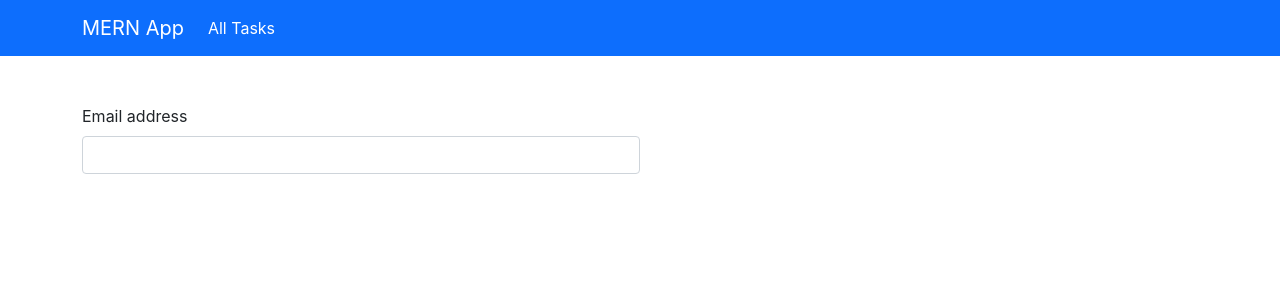
Repository: swathivanka444/MERN-CRUD
Page: /AddTask (app in frontend_crudapp_reactjs-master/)
An editor plug-in stored every save of this project. The page is shown before and after the next save, followed by the edit.
The browser window is 1280 px wide. The pictures show the whole page.
The project was rebuilt for these pictures with package versions that can differ from the ones it lists, and the page was loaded fresh each time. Also part of the build but not shown: frontend_crudapp_reactjs-master/src/App.css, frontend_crudapp_reactjs-master/src/component/AllTasks.js.

Above is the page before, as saved 2023-08-29 12:56:53.

### frontend_crudapp_reactjs-master/public/index.html
<!DOCTYPE html>
<html lang="en">
  <head>
    <meta charset="utf-8" />
    <link rel="icon" href="%PUBLIC_URL%/favicon.ico" />
    <meta name="viewport" content="width=device-width, initial-scale=1" />
    <meta name="theme-color" content="#000000" />
    <meta
      name="description"
      content="Web site created using create-react-app"
    />
    <link rel="apple-touch-icon" href="%PUBLIC_URL%/logo192.png" />
    <!--
      manifest.json provides metadata used when your web app is installed on a
      user's mobile device or desktop. See https://developers.google.com/web/fundamentals/web-app-manifest/
    -->
    <link rel="manifest" href="%PUBLIC_URL%/manifest.json" />
    <!--
      Notice the use of %PUBLIC_URL% in the tags above.
      It will be replaced with the URL of the `public` folder during the build.
      Only files inside the `public` folder can be referenced from the HTML.

      Unlike "/favicon.ico" or "favicon.ico", "%PUBLIC_URL%/favicon.ico" will
      work correctly both with client-side routing and a non-root public URL.
      Learn how to configure a non-root public URL by running `npm run build`.
    -->

    <title>MERN App</title>
    <link href="https://cdn.jsdelivr.net/npm/bootstrap@5.0.2/dist/css/bootstrap.min.css" rel="stylesheet" integrity="sha384-EVSTQN3/azprG1Anm3QDgpJLIm9Nao0Yz1ztcQTwFspd3yD65VohhpuuCOmLASjC" crossorigin="anonymous">
  </head>
  <body>
    <noscript>You need to enable JavaScript to run this app.</noscript>
    <div id="root"></div>
    <!--
      This HTML file is a template.
      If you open it directly in the browser, you will see an empty page.

      You can add webfonts, meta tags, or analytics to this file.
      The build step will place the bundled scripts into the <body> tag.

      To begin the development, run `npm start` or `yarn start`.
      To create a production bundle, use `npm run build` or `yarn build`.
    -->
    <script src="https://cdn.jsdelivr.net/npm/bootstrap@5.0.2/dist/js/bootstrap.bundle.min.js" integrity="sha384-MrcW6ZMFYlzcLA8Nl+NtUVF0sA7MsXsP1UyJoMp4YLEuNSfAP+JcXn/tWtIaxVXM" crossorigin="anonymous"></script>
  </body>
</html>

### frontend_crudapp_reactjs-master/src/App.js
  import './App.css';
  import {
    createBrowserRouter,
    RouterProvider,
    Routes,
    Route,
    Link,
    BrowserRouter,
  } from "react-router-dom";
import AllTasks from './component/AllTasks';
import Navbar from './component/Navbar';
import AddTask from './component/AddTask';

function App() {
  return (
 <>
<BrowserRouter>
<Navbar/>
<Routes>
    <Route path='/' element={<AllTasks/>}/>
    <Route path='/AddTask' element={<AddTask/>}/>
</Routes>
</BrowserRouter>
 </>
  );
}

export default App;

### frontend_crudapp_reactjs-master/src/component/Navbar.js
import React from "react";
export default function Navbar() {
    return (
        <nav className="navbar navbar-expand-lg navbar-light bg-primary">
            <div className="container">
                <a className="navbar-brand text-white" href="#">MERN App</a>
                <button className="navbar-toggler" type="button" data-bs-toggle="collapse" data-bs-target="#navbarSupportedContent" aria-controls="navbarSupportedContent" aria-expanded="false" aria-label="Toggle navigation">
                    <span className="navbar-toggler-icon"></span>
                </button>
                <div className="collapse navbar-collapse" id="navbarSupportedContent">
                    <ul className="navbar-nav me-auto mb-2 mb-lg-0">
                        <li className="nav-item">
                            <a className="nav-link text-white"  href="#">All Tasks</a>
                        </li>

                    </ul>

                </div>
            </div>
        </nav>
    )
}

### frontend_crudapp_reactjs-master/src/component/AddTask.js
import React from "react";
export default function AddTask() {
    return (
        <div className="container mt-5">
            <form className="mx-auto">
                <div class="mb-3 w-50">
                    <label for="exampleInputEmail1" class="form-label">Email address</label>
                    <input type="email" class="form-control" id="exampleInputEmail1" aria-describedby="emailHelp" />
                </div>
            </form>
        </div>
    )
}

Loaded but not shown: frontend_crudapp_reactjs-master/src/index.js (common file); frontend_crudapp_reactjs-master/src/index.css (common file)

After the next save:
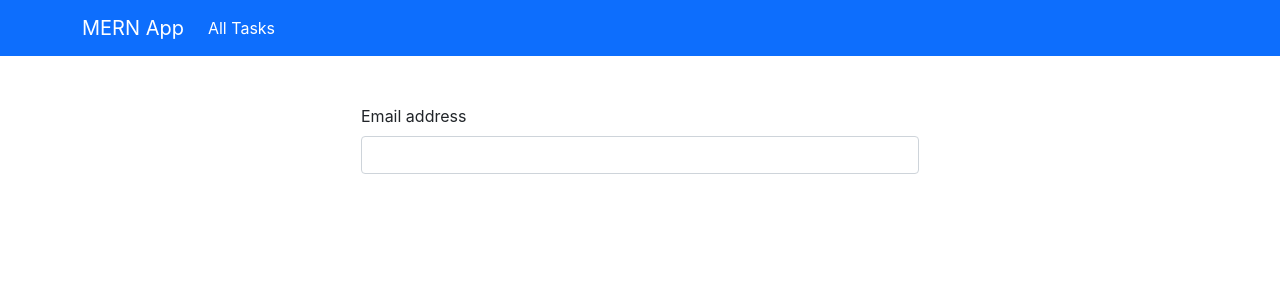
Saved 50 s later.
--- a/frontend_crudapp_reactjs-master/src/component/AddTask.js
+++ b/frontend_crudapp_reactjs-master/src/component/AddTask.js
@@ -2,8 +2,8 @@ import React from "react";
 export default function AddTask() {
     return (
         <div className="container mt-5">
-            <form className="mx-auto">
-                <div class="mb-3 w-50">
+            <form className="mx-auto w-50 ">
+                <div class="mb-3 ">
                     <label for="exampleInputEmail1" class="form-label">Email address</label>
                     <input type="email" class="form-control" id="exampleInputEmail1" aria-describedby="emailHelp" />
                 </div>
